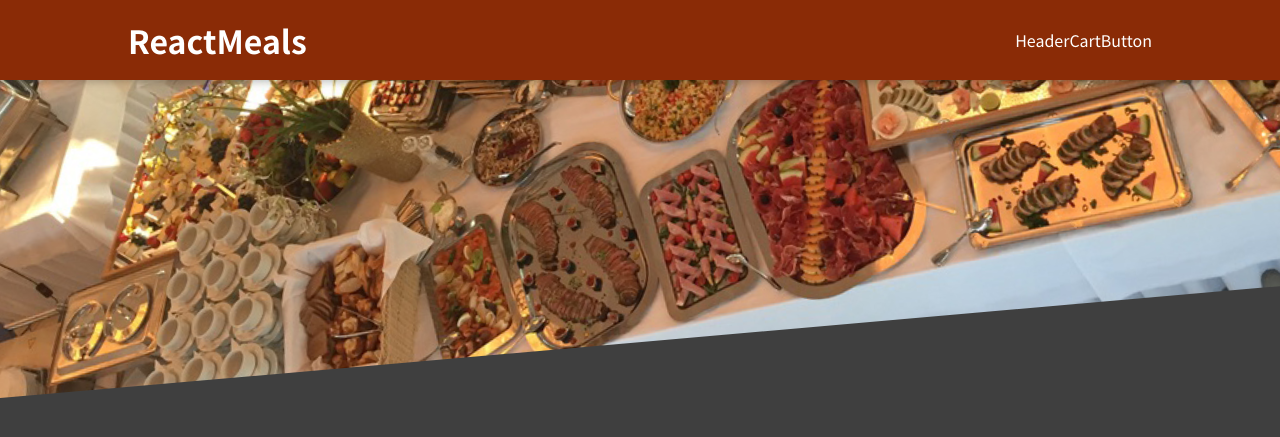
Repository: m-ahmadshaikh/React-Food-Ordering-App
Page: /
An editor plug-in stored every save of this project. The page is shown before and after the next save, followed by the edit.
The browser window is 1280 px wide. The pictures show the whole page.
The project was rebuilt for these pictures with package versions that can differ from the ones it lists, and the page was loaded fresh each time.

Above is the page before, as saved 2022-09-08 16:27:01.

### src/components/Layout/Header.js
import React from 'react';
import styles from './Header.module.css';
import mealsImage from '../../assets/meals.jpeg';
import HeaderCartButton from './HeaderCartButton';
export default function Header() {
  return (
    <React.Fragment>
      <header className={styles.header}>
        <h1>ReactMeals</h1>
        <HeaderCartButton />
      </header>
      <div className={styles['main-image']}>
        <img src={mealsImage} alt="A table full of delicious foods." />
      </div>
    </React.Fragment>
  );
}

### src/components/Layout/HeaderCartButton.js
import React from 'react';

export default function HeaderCartButton() {
  return <div>HeaderCartButton</div>;
}

### src/components/Cart/CartIcon.js
import React from 'react';

export default function CartIcon() {
  return (
    <svg
      xmlns="http://www.w3.org/2000/svg"
      viewBox="0 0 20 20"
      fill="currentColor">
      <path d="M3 1a1 1 0 000 2h1.22l.305 1.222a.997.997 0 00.01.042l1.358 5.43-.893.892C3.74 11.846 4.632 14 6.414 14H15a1 1 0 000-2H6.414l1-1H14a1 1 0 00.894-.553l3-6A1 1 0 0017 3H6.28l-.31-1.243A1 1 0 005 1H3zM16 16.5a1.5 1.5 0 11-3 0 1.5 1.5 0 013 0zM6.5 18a1.5 1.5 0 100-3 1.5 1.5 0 000 3z" />
    </svg>
  );
}

Loaded but not shown: public/index.html (common file); src/index.js (common file); src/index.css (common file); src/App.js (common file); src/components/Layout/Header.module.css (common file)

After the next save:
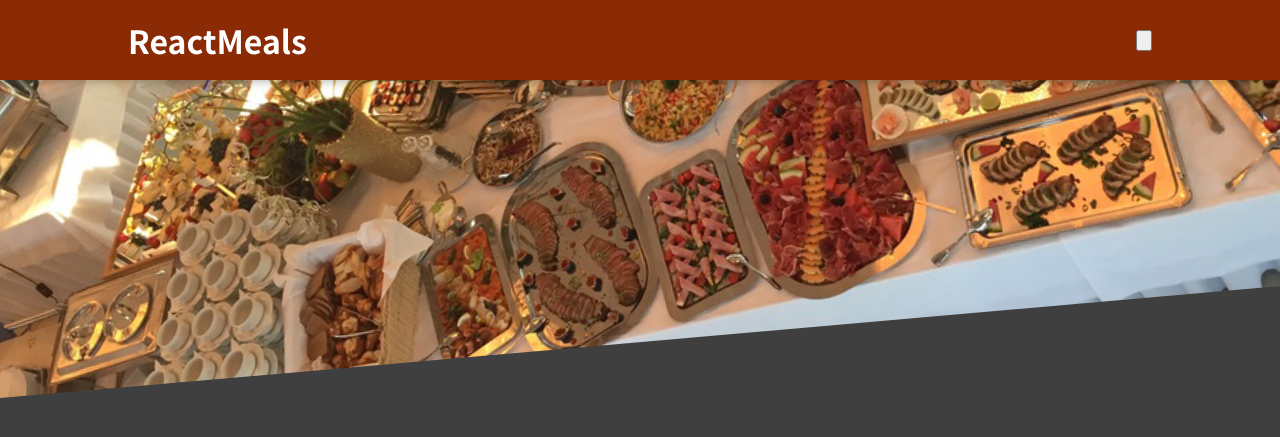
Saved 8 s later.
--- a/src/components/Layout/HeaderCartButton.js
+++ b/src/components/Layout/HeaderCartButton.js
@@ -1,5 +1,14 @@
 import React from 'react';
+import CartIcon from '../Cart/CartIcon';
 
 export default function HeaderCartButton() {
-  return <div>HeaderCartButton</div>;
+  return (
+    <button>
+      <span>
+        <CartIcon />
+      </span>
+      <span></span>
+      <span></span>
+    </button>
+  );
 }
